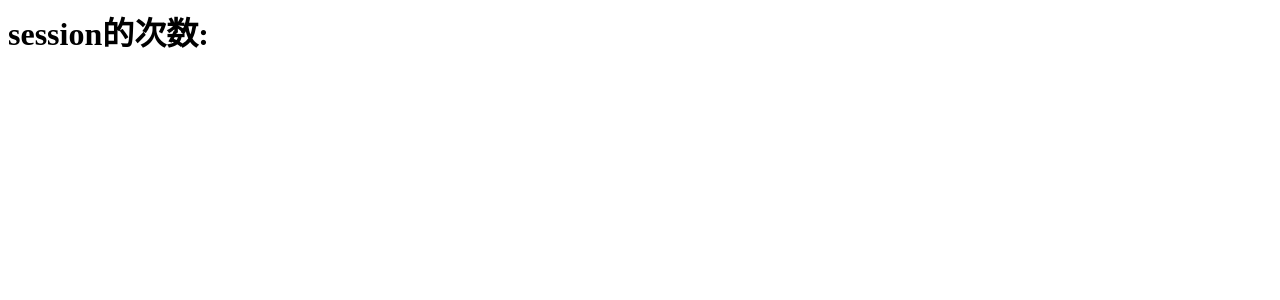
Repository: caoxx123/springmvc
Page: http://localhost/springmvc/check
These files come from the project's save history. The page is drawn as it stood at one moment and after the next save; the edit follows.
The browser window is 1280 px wide. The pictures show the whole page.
The page is served by Tomcat 9.

Above is the page before, as saved 2019-04-11 07:44:52.

After the next save:
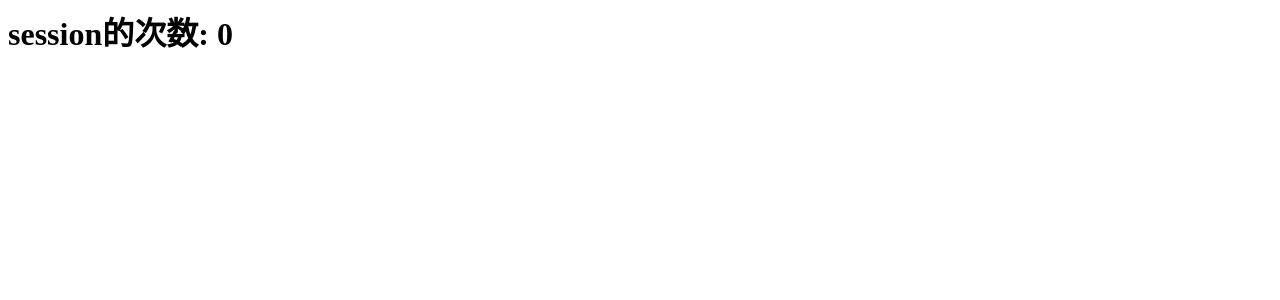
Saved 45 s later.
--- a/springmvc/src/io/caoxx123/controller/IndexController2.java
+++ b/springmvc/src/io/caoxx123/controller/IndexController2.java
@@ -35,8 +35,8 @@ public class IndexController2 {
     		i=0;
     	}else {
     		i++;
-    		session.setAttribute("count", i);
     	}
+    	session.setAttribute("count", i);
     	ModelAndView mav=new ModelAndView("check");
     	return mav;
     }
